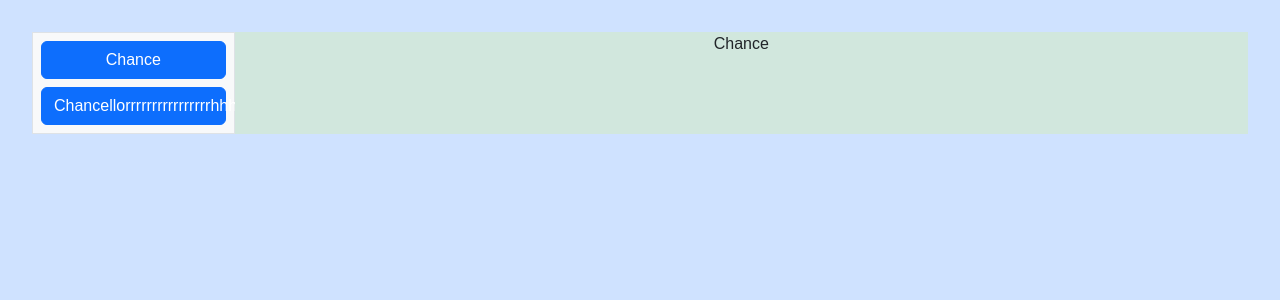
Repository: chancellor-w-whitaker/bec-tab
Page: /
These files come from the project's save history. The page is drawn as it stood at one moment and after the next save; the edit follows.
The browser window is 1280 px wide. The pictures show the whole page.
Some web fonts or font styles are not loaded; a fallback is used. The project was rebuilt for these pictures with package versions that can differ from the ones it lists, and the page was loaded fresh each time. Also part of the build but not shown: vite.config.js.

Above is the page before, as saved 2024-01-07 00:27:21.

After the next save:
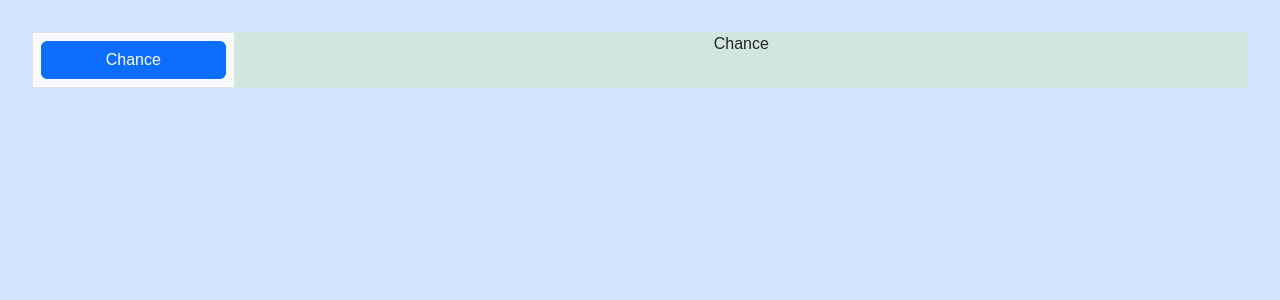
Saved 8 s later.
--- a/src/App.jsx
+++ b/src/App.jsx
@@ -28,10 +28,9 @@ const App = () => {
   return (
     <div className="container-fluid">
       <div className="row">
-        <div className="sidebar border border-right col-md-3 col-lg-2 p-0 bg-body-tertiary">
+        <div className="border border-right col-md-3 col-lg-2 p-0 bg-body-tertiary">
           <div className="d-flex flex-column gap-2 p-2">
             <Button>Chance</Button>
-            <Button>Chancellorrrrrrrrrrrrrrrrhhhhhhhhhh</Button>
           </div>
         </div>
         <div className="col-md-9 ms-sm-auto col-lg-10 px-md-4 bg-success-subtle">
